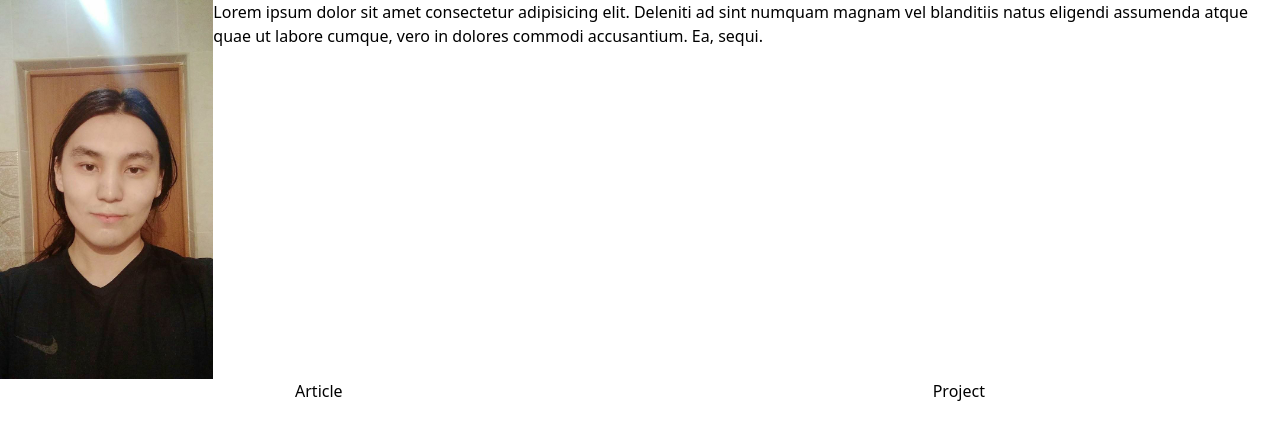
Repository: SkuldFuture/my-app
Page: /
An editor plug-in stored every save of this project. The page is shown before and after the next save, followed by the edit.
The browser window is 1280 px wide. The pictures show the whole page.
The project was rebuilt for these pictures with package versions that can differ from the ones it lists, and the page was loaded fresh each time. Also part of the build but not shown: src/App.css.

Above is the page before, as saved 2023-02-13 18:48:37.

### src/pages/Home.tsx
import { Articles } from "../components/Articles";
import { Header } from "../components/Header";
import { Projects } from "../components/Projects";

export function Home() {
  return (
    <>
      <Header />
      <div className="flex flex-row justify-around">
        <Articles />
        <Projects />
      </div>
    </>
  );
}

### src/components/Articles.tsx
import { Article } from "./Article";

export function Articles() {
  return (
    <Article />
  )
}

### src/components/Header.tsx
import React from "react";
import { Biography } from "./Biography";
import { RezumePhoto } from "./RezumePhoto";

export function Header() {
  return (
    <div className="flex flex-row justify-between">
      <RezumePhoto />
      <Biography />
    </div>
  );
}

### src/components/Projects.tsx
import React from 'react'
import { Project } from './Project'

export function Projects() {
  return (
    <Project />
  )
}

### src/components/Article.tsx
import React from 'react'

export function Article() {
  return (
    <div>Article</div>
  )
}

### src/components/Biography.tsx
import React from 'react'

export function Biography() {
  return (
    <div>Lorem ipsum dolor sit amet consectetur adipisicing elit. Deleniti ad sint numquam magnam vel blanditiis natus eligendi assumenda atque quae ut labore cumque, vero in dolores commodi accusantium. Ea, sequi.</div>
  )
}

### src/components/RezumePhoto.tsx
import React from 'react'

export function RezumePhoto() {
  return (
    <img className='w-1/6' src={require("../assets/photo.jpg")} alt="Me" />
  )
}

### src/components/Project.tsx
import React from 'react'

export function Project() {
  return (
    <div>Project</div>
  )
}

Loaded but not shown: public/index.html (common file); src/index.tsx (common file); src/index.css (common file); src/App.tsx (common file); tailwind.config.js (common file)

After the next save:
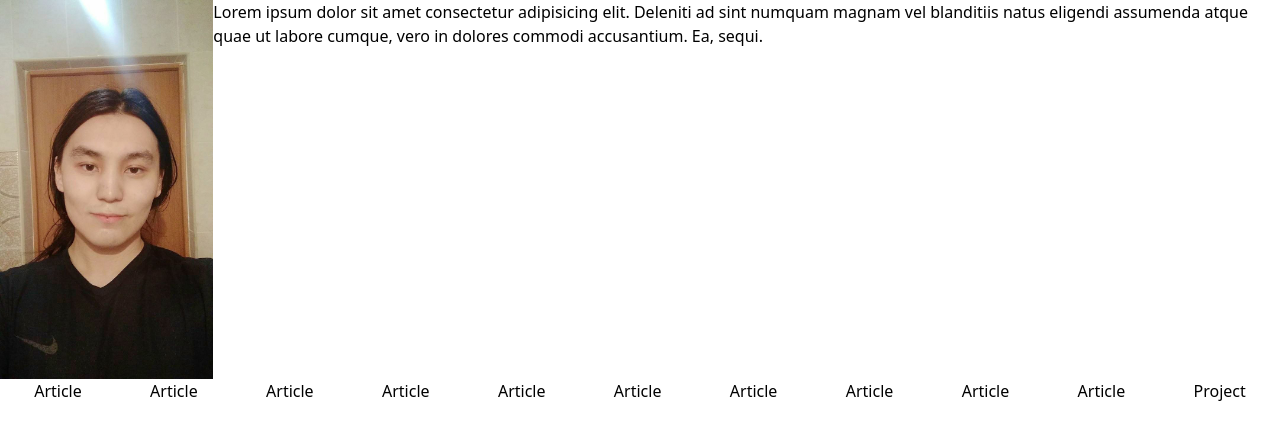
Saved 25 s later.
--- a/src/components/Articles.tsx
+++ b/src/components/Articles.tsx
@@ -2,6 +2,17 @@ import { Article } from "./Article";
 
 export function Articles() {
   return (
-    <Article />
-  )
+    <>
+      <Article />
+      <Article />
+      <Article />
+      <Article />
+      <Article />
+      <Article />
+      <Article />
+      <Article />
+      <Article />
+      <Article />
+    </>
+  );
 }
